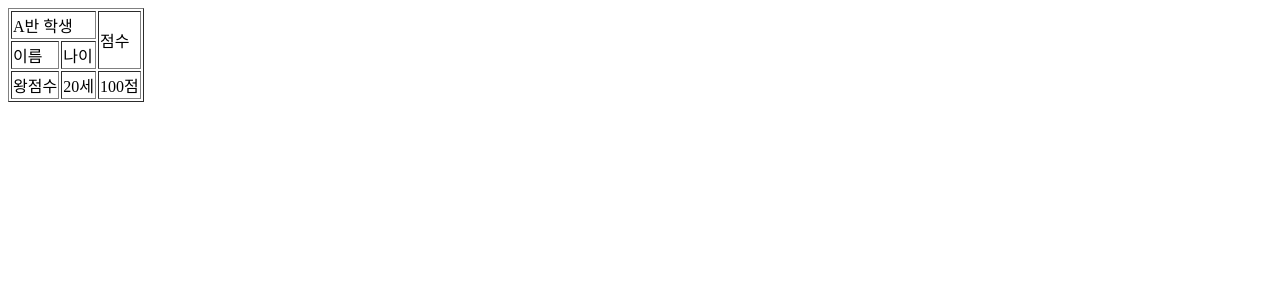
Repository: ygs3004/StudyHTML_CSS
Page: web project 01/src/main/webapp/chapter03/exam_table_prob_02.html
These files come from the project's save history. The page is drawn as it stood at one moment and after the next save; the edit follows.
The browser window is 1280 px wide. The pictures show the whole page.

Above is the page before, as saved 2022-08-04 07:12:51.

After the next save:
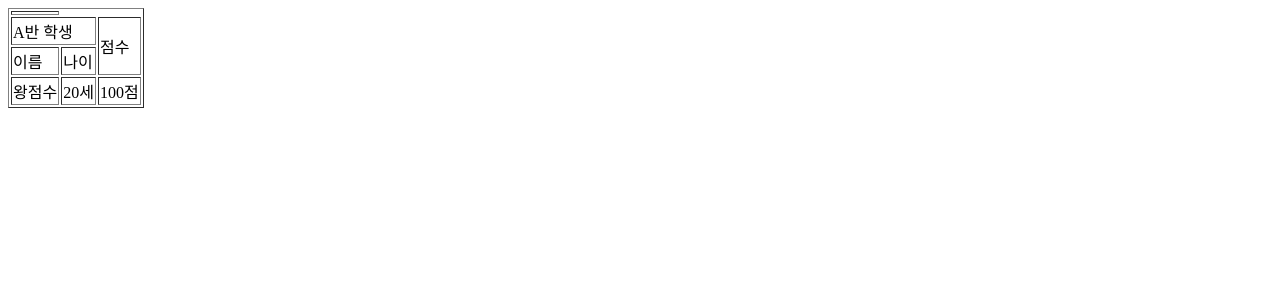
Saved 16 s later.
--- a/web project 01/src/main/webapp/chapter03/exam_table_prob_02.html
+++ b/web project 01/src/main/webapp/chapter03/exam_table_prob_02.html
@@ -7,6 +7,7 @@
 <body>
 	<table border="1">
 		<thead>
+		<th>
 		<tr>
 			<td colspan="2">A반 학생</td>
 			<td rowspan=2 >점수 </td>
@@ -15,6 +16,7 @@
 			<td>이름</td>
 			<td>나이</td>
 		</tr>
+		</th>
 		</thead>
 		<tr>
 			<td>왕점수</td>

After the save that followed:
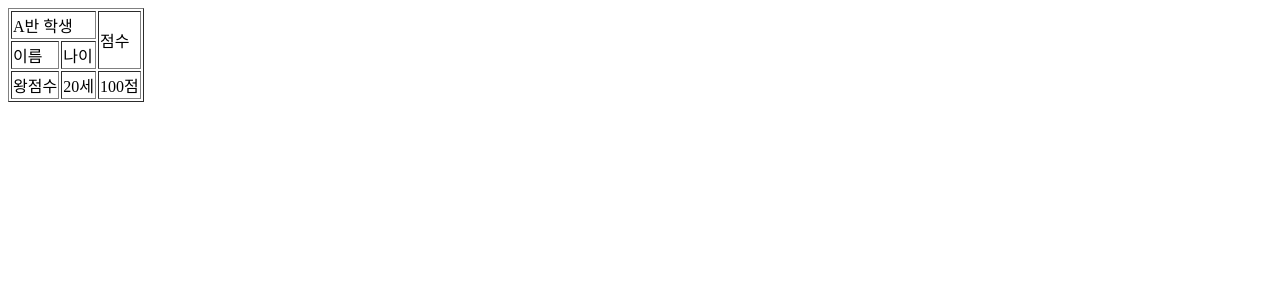
Saved 4 s later.
--- a/web project 01/src/main/webapp/chapter03/exam_table_prob_02.html
+++ b/web project 01/src/main/webapp/chapter03/exam_table_prob_02.html
@@ -7,7 +7,6 @@
 <body>
 	<table border="1">
 		<thead>
-		<th>
 		<tr>
 			<td colspan="2">A반 학생</td>
 			<td rowspan=2 >점수 </td>
@@ -16,7 +15,6 @@
 			<td>이름</td>
 			<td>나이</td>
 		</tr>
-		</th>
 		</thead>
 		<tr>
 			<td>왕점수</td>
